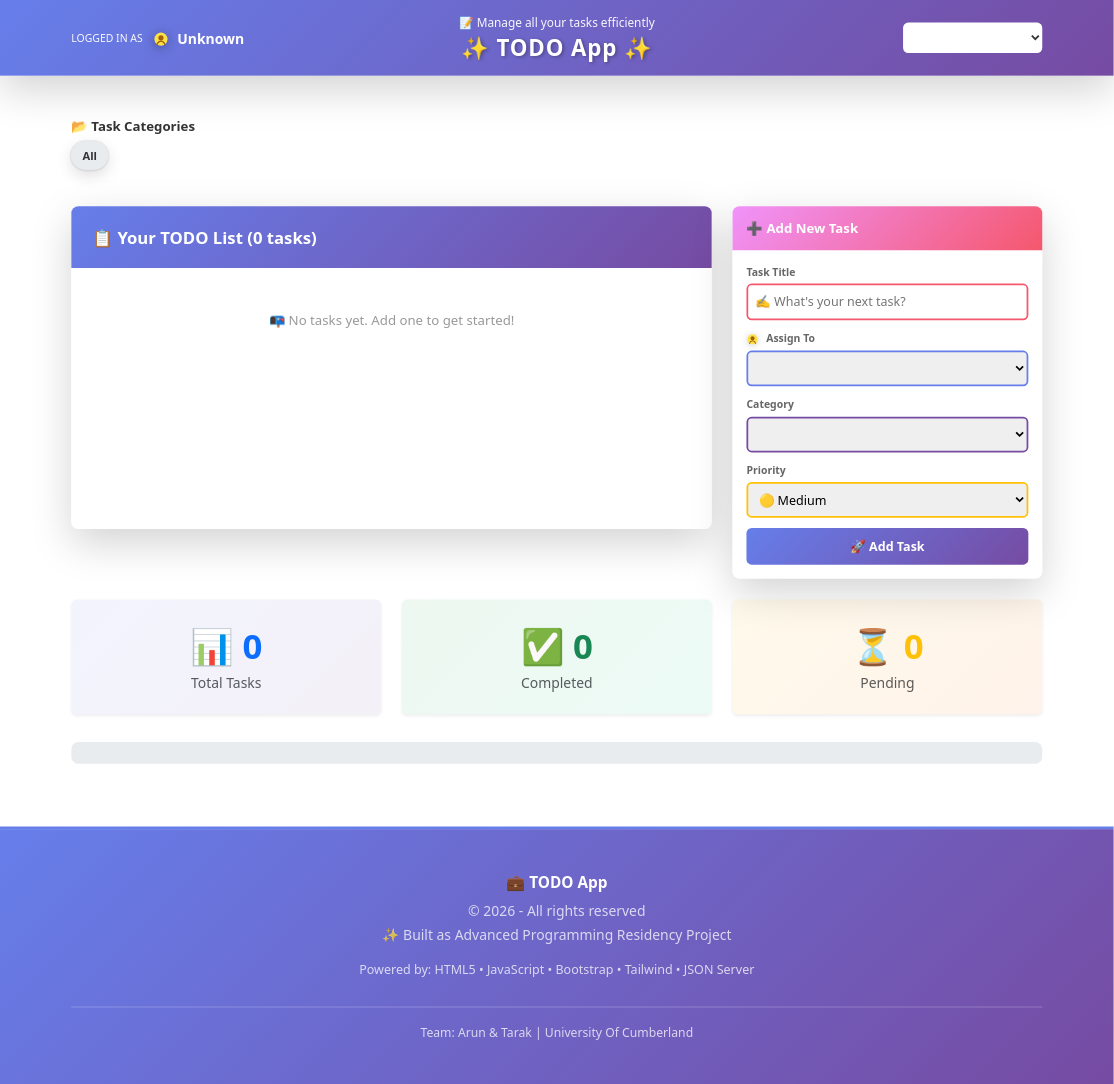
Repository: arunkr12/Master-In-Computer-Science
Page: Advanced Programming Language/Residency Project Team One Arun Javascript Version/TODO/index.html
An editor plug-in stored every save of this project. The page is shown before and after the next save, followed by the edit.
The browser window is 1280 px wide. The pictures show the whole page, at 87% of full size.
The page's requests for data from a server got no answer. Some web libraries are served in a nearby version.

Above is the page before, as saved 2026-02-21 12:06:44.

### Advanced Programming Language/Residency Project Team One Arun Javascript Version/TODO/index.html
<!doctype html>
<html lang="en">
  <head>
    <meta charset="UTF-8" />
    <meta name="viewport" content="width=device-width, initial-scale=1.0" />
    <title>ToDoList</title>
    <link
      href="https://cdn.jsdelivr.net/npm/bootstrap@5.3.8/dist/css/bootstrap.min.css"
      rel="stylesheet"
    />
    <link href="https://cdn.tailwindcss.com" rel="stylesheet" />
    <style>
      body {
        display: flex;
        flex-direction: column;
        min-height: 100vh;
      }
      main {
        flex: 1;
      }
      footer {
        background-color: #f8f9fa;
        border-top: 1px solid #dee2e6;
      }
    </style>
  </head>
  <body>
    <div id="app"></div>

    <script src="https://cdn.jsdelivr.net/npm/bootstrap@5.3.8/dist/js/bootstrap.bundle.min.js"></script>
    <script type="module" src="app.js"></script>
  </body>
</html>

### Advanced Programming Language/Residency Project Team One Arun Javascript Version/TODO/ToDoContainer/ToDoContainer.js
import Header from "../Header/Header.js";
import Footer from "../Footer/Footer.js";
import ToDoList from "../ToDoList/ToDoList.js";
import AddTodo from "../AddTodo/AddTodo.js";
import Stats from "../Stats/Stats.js";
import User from "../User/User.js";
import Category from "../Category/Category.js";
import TodoService from "../Services/TodoService.js";
import ConcurrencyManager from "../Services/ConcurrencyManager.js";
import RefreshManager from "../Services/RefreshManager.js";

class ToDoContainer {
  constructor() {
    this.header = new Header("TODO App", "Manage all your tasks efficiently");
    this.footer = new Footer(2026, "TODO App");
    this.todoList = new ToDoList();
    this.addTodo = new AddTodo();
    this.stats = new Stats();
    this.user = new User();
    this.category = new Category();
    this.todoService = new TodoService();

    // Concurrency management
    this.concurrencyManager = new ConcurrencyManager();
    this.refreshManager = new RefreshManager(this.todoService, 5000); // Refresh every 5 seconds

    this.todos = [];
    this.users = [];
    this.categories = [];
    this.currentUserId = 1;
    this.selectedCategoryId = null;
    this.remoteUpdateNotifications = [];
  }

  async initialize() {
    this.users = await this.todoService.getUsers();
    this.categories = await this.todoService.getCategories();
    this.todos = await this.todoService.getTodos();

    // Cache versions for concurrency detection
    this.todos.forEach((todo) => {
      this.concurrencyManager.cacheVersion(todo.id, todo.version);
    });

    this.user.setUsers(this.users);
    this.user.setCurrentUser(this.currentUserId);
    // Provide user info to header so it can show logged-in and selector
    if (this.header && typeof this.header.setUsers === "function") {
      this.header.setUsers(this.users);
      this.header.setCurrentUser(this.currentUserId);
    }
    this.category.setCategories(this.categories);

    // Set up conflict listeners
    this.concurrencyManager.onConflict((conflictInfo) => {
      console.warn("⚠️ Conflict detected:", conflictInfo);
      this.remoteUpdateNotifications.push(conflictInfo);
    });

    // Set up refresh listeners for auto-sync
    this.refreshManager.onUpdate((changes) => {
      console.log("🔄 Remote updates detected, refreshing UI...", changes);
      changes.forEach((change) => {
        this.remoteUpdateNotifications.push({
          type: change.type,
          message: change.description,
          todo: change.todo,
        });
      });
      // Auto-refresh todo list
      this.refreshLocalTodos();
    });

    // Start auto-refresh for concurrent access
    this.refreshManager.startAutoRefresh();

    this.updateComponents();
  }

  /**
   * Refresh local todos from server (for concurrent sync)
   */
  async refreshLocalTodos() {
    try {
      this.todos = await this.todoService.getTodos();
      this.todos.forEach((todo) => {
        this.concurrencyManager.cacheVersion(todo.id, todo.version);
      });
      this.updateComponents();
    } catch (error) {
      console.error("Error refreshing todos:", error);
    }
  }

  setCurrentUser(userId) {
    this.currentUserId = userId;
    this.user.setCurrentUser(userId);
    this.updateComponents();
  }

  setSelectedCategory(categoryId) {
    this.selectedCategoryId =
      categoryId && categoryId !== 0 ? categoryId : null;
    if (
      this.category &&
      typeof this.category.setCurrentCategory === "function"
    ) {
      this.category.setCurrentCategory(this.selectedCategoryId);
    }
    this.updateComponents();
  }

  updateComponents() {
    // Filter todos for current user
    const userTodos = this.todos.filter((t) => {
      if (t.assignedTo !== this.currentUserId) return false;
      if (this.selectedCategoryId && t.categoryId !== this.selectedCategoryId)
        return false;
      return true;
    });

    this.todoList.setTodos(userTodos);
    this.todoList.setUsers(this.users);
    this.todoList.setCategories(this.categories);

    // keep header user state in sync
    if (this.header && typeof this.header.setUsers === "function") {
      this.header.setUsers(this.users);
      this.header.setCurrentUser(this.currentUserId);
    }

    this.stats.setTodos(userTodos);

    this.addTodo.setUsers(this.users);
    this.addTodo.setCategories(this.categories);
  }

  async addTodoItem(todoData) {
    if (todoData.text.trim()) {
      const newTodo = await this.todoService.addTodo({
        text: todoData.text,
        createdBy: this.currentUserId,
        assignedTo: todoData.assignedTo || this.currentUserId,
        categoryId: todoData.categoryId,
        dueDate: todoData.dueDate,
        priority: todoData.priority,
      });
      if (newTodo) {
        this.todos.push(newTodo);
        this.updateComponents();
        return newTodo;
      }
    }
    return null;
  }

  async editTodoItem(id, newText) {
    if (newText.trim()) {
      // Get current version for conflict detection
      const cachedVersion = this.concurrencyManager.getCachedVersion(id);

      const result = await this.todoService.updateTodo(
        id,
        {
          text: newText.trim(),
        },
        this.currentUserId,
      );

      if (result.success) {
        // Update cache and local state
        this.concurrencyManager.cacheVersion(id, result.todo.version);
        this.concurrencyManager.logChange(
          id,
          "UPDATE",
          this.currentUserId,
          null,
          result.todo,
        );

        const todo = this.todos.find((t) => t.id === id);
        if (todo) {
          todo.text = newText.trim();
          todo.version = result.todo.version;
          todo.lastModifiedAt = result.todo.lastModifiedAt;
          todo.lastModifiedBy = result.todo.lastModifiedBy;
          this.updateComponents();
        }
        return result.todo;
      } else if (result.conflict) {
        // Handle version conflict
        const conflictInfo = {
          message: `Conflict! This task was modified by another user.`,
          todo: result.serverTodo,
          suggestRefresh: true,
        };
        this.concurrencyManager.notifyConflict(conflictInfo);
        alert(
          `⚠️ Conflict: This task was recently modified. Please refresh to see the latest version.`,
        );
        await this.refreshLocalTodos();
        return null;
      }
    }
    return null;
  }

  async toggleTodoItem(id) {
    const todo = this.todos.find((t) => t.id === id);
    if (todo) {
      // Get current version for conflict detection
      const cachedVersion = this.concurrencyManager.getCachedVersion(id);

      const result = await this.todoService.updateTodo(
        id,
        {
          completed: !todo.completed,
        },
        this.currentUserId,
      );

      if (result.success) {
        // Update cache and local state
        this.concurrencyManager.cacheVersion(id, result.todo.version);
        this.concurrencyManager.logChange(
          id,
          "UPDATE",
          this.currentUserId,
          { completed: todo.completed },
          { completed: result.todo.completed },
        );

        todo.completed = result.todo.completed;
        todo.version = result.todo.version;
        todo.lastModifiedAt = result.todo.lastModifiedAt;
        todo.lastModifiedBy = result.todo.lastModifiedBy;
        this.updateComponents();
        return result.todo;
      } else if (result.conflict) {
        // Handle version conflict
        const conflictInfo = {
          message: `Conflict! This task was modified by another user.`,
          todo: result.serverTodo,
          suggestRefresh: true,
        };
        this.concurrencyManager.notifyConflict(conflictInfo);
        alert(`⚠️ Conflict: This task was recently modified. Refreshing...`);
        await this.refreshLocalTodos();
        return null;
      }
    }
    return null;
  }

  async deleteTodoItem(id) {
    const todo = this.todos.find((t) => t.id === id);
    if (!todo) return false;

    try {
      const success = await this.todoService.deleteTodo(id);
      if (success) {
        // Log deletion in audit trail
        this.concurrencyManager.logChange(
          id,
          "DELETE",
          this.currentUserId,
          todo,
          null,
        );

        this.todos = this.todos.filter((t) => t.id !== id);
        this.updateComponents();
        return true;
      }
    } catch (error) {
      console.error("Error deleting todo:", error);
      alert(
        `⚠️ Failed to delete task. It may have been modified or deleted by another user.`,
      );
      await this.refreshLocalTodos();
      return false;
    }
    return false;
  }

  render() {
    // Build the page: header, todo body, and footer.
    const header = this.header.render();
    const bodyContent = this.renderTodoBody();
    const footer = this.footer.render();

    return `
            ${header}
            ${bodyContent}
            ${footer}
        `;
  }

  renderTodoBody() {
    const todoListHtml = this.todoList.render();
    const categoryHtml = this.category.render();
    const addTodoHtml = this.addTodo.render();
    const statsHtml = this.stats.render();

    return `
          <main id="todo-body" class="py-4">
                <div class="container">
            <div class="row mb-4">
              <div class="col-12">
              </div>
            </div>
                    <div class="row mb-4">
                        <div class="col-12">
                            ${categoryHtml}
                        </div>
                    </div>
                    <div class="row mb-4">
                        <div class="col-md-8">
                            ${todoListHtml}
                        </div>
                        <div class="col-md-4">
                            ${addTodoHtml}
                        </div>
                    </div>
                    ${statsHtml}
                </div>
            </main>
        `;
  }

  getTodos() {
    return this.todos;
  }
}

export default ToDoContainer;

### Advanced Programming Language/Residency Project Team One Arun Javascript Version/TODO/Header/Header.js
class Header {
  constructor(
    title = "ToDoList",
    subtitle = "Manage all your tasks efficiently",
  ) {
    this.title = title;
    this.subtitle = subtitle;
    this.users = [];
    this.currentUserId = 1;
  }

  setUsers(users) {
    this.users = users || [];
  }

  setCurrentUser(userId) {
    this.currentUserId = userId;
  }

  getCurrentUser() {
    return this.users.find((u) => u.id === this.currentUserId);
  }

  render() {
    const currentUser = this.getCurrentUser();
    return `
      <header class="bg-gradient-primary text-white py-3 shadow-lg" style="background: linear-gradient(135deg, #667eea 0%, #764ba2 100%);">
        <div class="container">
          <div style="display:flex; align-items:center; justify-content:space-between; gap:1rem;">
            <div style="display:flex; align-items:center; gap:0.75rem; flex:0 0 360px;">
              <div style="font-size:0.75rem; color: rgba(255,255,255,0.95);">LOGGED IN AS</div>
              <div style="font-weight:700; font-size:1rem;">
                <img
                  src="data:[embedded picture, 326 characters]"
                  alt="User"
                  style="width:18px;height:18px;vertical-align:middle;margin-right:0.35rem;filter:drop-shadow(0 2px 6px rgba(0,0,0,0.35));"
                />
                ${currentUser ? currentUser.name : "Unknown"}
              </div>
              <div style="font-size:0.75rem; color: rgba(255,255,255,0.9);">
                ${currentUser && currentUser.email ? currentUser.email : ""}
              </div>
            </div>

            <div style="flex:1 1 auto; text-align:center;">
              <div style="font-size:0.85rem; opacity:0.95; margin-bottom:0.25rem;">📝 ${this.subtitle}</div>
              <h1 class="m-0 fw-bold" style="text-shadow: 2px 2px 4px rgba(0,0,0,0.3); letter-spacing: 1px; font-size: 1.6rem;">
                ✨ ${this.title} ✨
              </h1>
            </div>

            <div style="display:flex; align-items:center; justify-content:flex-end; flex:0 0 360px;">
              <select class="user-selector" style="padding: 0.35rem 0.6rem; border-radius: 6px; border: none; background: white; color: #333; font-weight: bold; cursor: pointer; min-width:160px;">
                ${this.users
                  .map(
                    (user) => `
                      <option value="${user.id}" ${user.id === this.currentUserId ? "selected" : ""}>${user.name}</option>
                    `,
                  )
                  .join("")}
              </select>
            </div>
          </div>
        </div>
      </header>
    `;
  }
}

export default Header;

### Advanced Programming Language/Residency Project Team One Arun Javascript Version/TODO/Footer/Footer.js
class Footer {
  constructor(year = 2026, projectName = "ToDoList") {
    this.year = year;
    this.projectName = projectName;
  }

  render() {
    return `
      <footer class="py-5 mt-5" style="background: linear-gradient(135deg, #667eea 0%, #764ba2 100%); color: white; border-top: 3px solid #667eea;">
        <div class="container">
          <div class="row text-center">
            <div class="col-md-12">
              <p class="mb-2 fw-bold" style="font-size: 1.1rem;">💼 ${this.projectName}</p>
              <p class="mb-1 opacity-75">&copy; ${this.year} - All rights reserved</p>
              <p class="mb-0 opacity-75">✨ Built as Advanced Programming Residency Project</p>
              <p class="mt-3 opacity-75" style="font-size: 0.9rem;">
                Powered by: HTML5 • JavaScript • Bootstrap • Tailwind • JSON Server
              </p>
            </div>
          </div>
          <hr class="my-3 opacity-25">
          <div class="text-center opacity-75">
            <small>Team: Arun & Tarak | University Of Cumberland</small>
          </div>
        </div>
      </footer>
    `;
  }
}

export default Footer;

### Advanced Programming Language/Residency Project Team One Arun Javascript Version/TODO/Stats/Stats.js
class Stats {
  constructor(todos = []) {
    this.todos = todos;
  }

  setTodos(todos) {
    this.todos = todos;
  }

  getTotalTasks() {
    return this.todos.length;
  }

  getCompletedTasks() {
    return this.todos.filter((t) => t.completed).length;
  }

  getPendingTasks() {
    return this.getTotalTasks() - this.getCompletedTasks();
  }

  render() {
    const total = this.getTotalTasks();
    const completed = this.getCompletedTasks();
    const pending = this.getPendingTasks();
    const percentage = total > 0 ? Math.round((completed / total) * 100) : 0;

    return `
      <div class="row mt-4">
        <div class="col-md-4 mb-3">
          <div class="card shadow-sm border-0 text-center p-4" style="background: linear-gradient(135deg, #667eea15 0%, #764ba215 100%); border-left: 4px solid #667eea;">
            <div class="text-primary fw-bold" style="font-size: 2.5rem;">📊 ${total}</div>
            <div class="text-muted fw-500">Total Tasks</div>
          </div>
        </div>
        <div class="col-md-4 mb-3">
          <div class="card shadow-sm border-0 text-center p-4" style="background: linear-gradient(135deg, #28a74515 0%, #20c99715 100%); border-left: 4px solid #28a745;">
            <div class="text-success fw-bold" style="font-size: 2.5rem;">✅ ${completed}</div>
            <div class="text-muted fw-500">Completed</div>
          </div>
        </div>
        <div class="col-md-4 mb-3">
          <div class="card shadow-sm border-0 text-center p-4" style="background: linear-gradient(135deg, #ffc10715 0%, #ff650715 100%); border-left: 4px solid #ff6b6b;">
            <div class="text-warning fw-bold" style="font-size: 2.5rem;">⏳ ${pending}</div>
            <div class="text-muted fw-500">Pending</div>
          </div>
        </div>
      </div>
      <div class="progress mt-3" style="height: 25px; border-radius: 8px;">
        <div class="progress-bar bg-success fw-bold" role="progressbar"
             style="width: ${percentage}%; border-radius: 8px;"
             aria-valuenow="${percentage}" aria-valuemin="0" aria-valuemax="100">
          ${percentage}% Complete
        </div>
      </div>
    `;
  }
}

export default Stats;

### Advanced Programming Language/Residency Project Team One Arun Javascript Version/TODO/User/User.js
class User {
  constructor(users = [], currentUserId = 1) {
    this.users = users;
    this.currentUserId = currentUserId;
  }

  setUsers(users) {
    this.users = users;
  }

  setCurrentUser(userId) {
    this.currentUserId = userId;
  }

  getCurrentUser() {
    return this.users.find((u) => u.id === this.currentUserId);
  }

  render() {
    const currentUser = this.getCurrentUser();

    return `
      <div style="background: linear-gradient(135deg, #667eea 0%, #764ba2 100%); padding: 1rem; border-radius: 6px; margin-bottom: 1rem;">
        <div style="color: white;">
          <small style="font-size: 0.75rem; opacity: 0.9;">LOGGED IN AS</small>
          <div style="display: flex; justify-content: space-between; align-items: center; margin-top: 0.5rem;">
            <div>
              <strong style="font-size: 1.1rem;">👤 ${currentUser ? currentUser.name : "Unknown"}</strong>
              <p style="font-size: 0.85rem; margin: 0.25rem 0; opacity: 0.9;">${currentUser ? currentUser.email : ""}</p>
            </div>
            <select class="user-selector" style="padding: 0.5rem; border-radius: 4px; border: none; background: white; color: #333; font-weight: bold; cursor: pointer;">
              ${this.users
                .map(
                  (user) => `
                <option value="${user.id}" ${user.id === this.currentUserId ? "selected" : ""}>
                  ${user.name}
                </option>
              `,
                )
                .join("")}
            </select>
          </div>
        </div>
      </div>
    `;
  }
}

export default User;

### Advanced Programming Language/Residency Project Team One Arun Javascript Version/TODO/Category/Category.js
class Category {
  constructor(categories = []) {
    this.categories = categories;
    this.currentCategoryId = null;
  }

  setCategories(categories) {
    this.categories = categories;
  }

  setCurrentCategory(categoryId) {
    this.currentCategoryId = categoryId;
  }

  getCategoryById(id) {
    return this.categories.find((c) => c.id === id);
  }

  getCategoryColor(categoryId) {
    const category = this.getCategoryById(categoryId);
    return category ? category.color : "#999";
  }

  render() {
    return `
      <div style="margin-bottom: 1rem;">
        <h6 style="color: #333; font-weight: bold; margin-bottom: 0.75rem; font-size: 0.95rem;">📂 Task Categories</h6>
        <div style="display: flex; gap: 0.5rem; flex-wrap: wrap;">
                ${(() => {
                  const activeAll = this.currentCategoryId == null;
                  const allStyle = `background: #e9ecef; color: #333; padding: 0.4rem 0.8rem; border-radius: 20px; font-size: 0.8rem; font-weight: bold; border: none; cursor: pointer; ${
                    activeAll
                      ? "box-shadow: 0 6px 18px rgba(0,0,0,0.14); transform: translateY(-2px); outline: 2px solid rgba(0,0,0,0.06);"
                      : ""
                  }`;
                  const allBtn = `<button class="category-btn" data-id="0" aria-pressed="${activeAll ? "true" : "false"}" style="${allStyle}">All</button>`;

                  const catBtns = this.categories
                    .map((cat) => {
                      const active = this.currentCategoryId === cat.id;
                      const activeStyle = active
                        ? "box-shadow: 0 8px 24px rgba(0,0,0,0.16); transform: translateY(-2px); outline: 2px solid rgba(255,255,255,0.12); font-weight: 800;"
                        : "";
                      return `
                        <button class="category-btn" data-id="${cat.id}" aria-pressed="${active ? "true" : "false"}" style="background: ${cat.color}; color: white; padding: 0.4rem 0.8rem; border-radius: 20px; font-size: 0.8rem; font-weight: bold; display: inline-flex; align-items: center; gap: 0.3rem; border: none; cursor: pointer; ${activeStyle}">
                          ${cat.name}
                        </button>
                      `;
                    })
                    .join("");

                  return allBtn + catBtns;
                })()}
        </div>
      </div>
    `;
  }
}

export default Category;

### Advanced Programming Language/Residency Project Team One Arun Javascript Version/TODO/constants/constants.js
/**
 * API Configuration Constants
 * Centralized configuration for all API endpoints
 */

// Base API URL for JSON Server
export const API_BASE_URL = "http://localhost:3000";

// API Endpoints
export const API_ENDPOINTS = {
  TODOS: `${API_BASE_URL}/todos`,
  USERS: `${API_BASE_URL}/users`,
  CATEGORIES: `${API_BASE_URL}/categories`,
};

// Export individual endpoints for convenience
export const TODOS_ENDPOINT = API_ENDPOINTS.TODOS;
export const USERS_ENDPOINT = API_ENDPOINTS.USERS;
export const CATEGORIES_ENDPOINT = API_ENDPOINTS.CATEGORIES;

Loaded but not shown: Advanced Programming Language/Residency Project Team One Arun Javascript Version/TODO/Services/TodoService.js (263 lines, source omitted); Advanced Programming Language/Residency Project Team One Arun Javascript Version/TODO/app.js (242 lines, source omitted); Advanced Programming Language/Residency Project Team One Arun Javascript Version/TODO/ToDoList/ToDoList.js (121 lines, source omitted); Advanced Programming Language/Residency Project Team One Arun Javascript Version/TODO/Services/RefreshManager.js (200 lines, source omitted); Advanced Programming Language/Residency Project Team One Arun Javascript Version/TODO/Services/ConcurrencyManager.js (166 lines, source omitted); Advanced Programming Language/Residency Project Team One Arun Javascript Version/TODO/AddTodo/AddTodo.js (85 lines, source omitted)

After the next save:
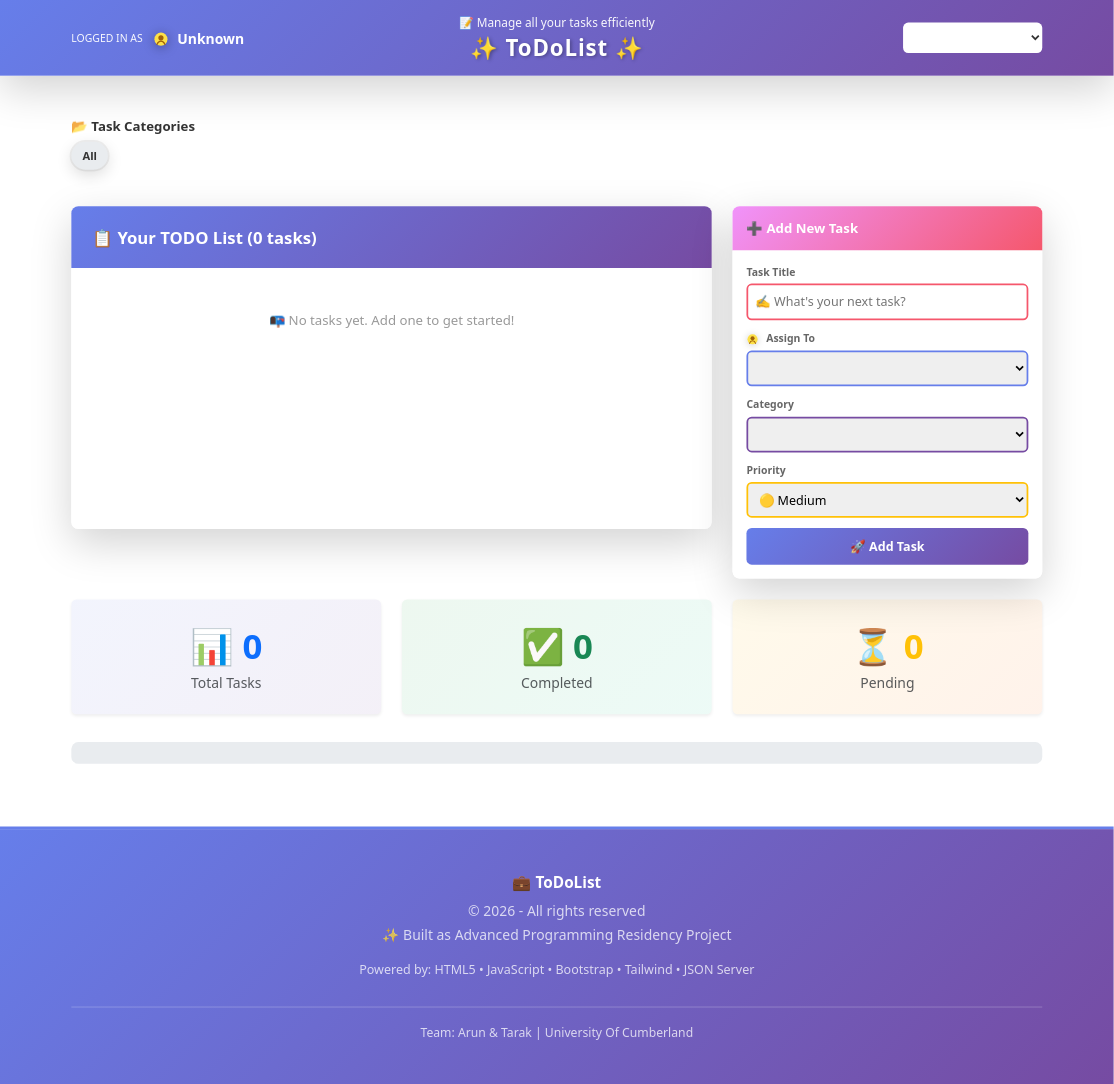
Saved 6 s later.
--- a/Advanced Programming Language/Residency Project Team One Arun Javascript Version/TODO/ToDoContainer/ToDoContainer.js
+++ b/Advanced Programming Language/Residency Project Team One Arun Javascript Version/TODO/ToDoContainer/ToDoContainer.js
@@ -11,8 +11,8 @@ import RefreshManager from "../Services/RefreshManager.js";
 
 class ToDoContainer {
   constructor() {
-    this.header = new Header("TODO App", "Manage all your tasks efficiently");
-    this.footer = new Footer(2026, "TODO App");
+    this.header = new Header("ToDoList", "Manage all your tasks efficiently");
+    this.footer = new Footer(2026, "ToDoList");
     this.todoList = new ToDoList();
     this.addTodo = new AddTodo();
     this.stats = new Stats();
